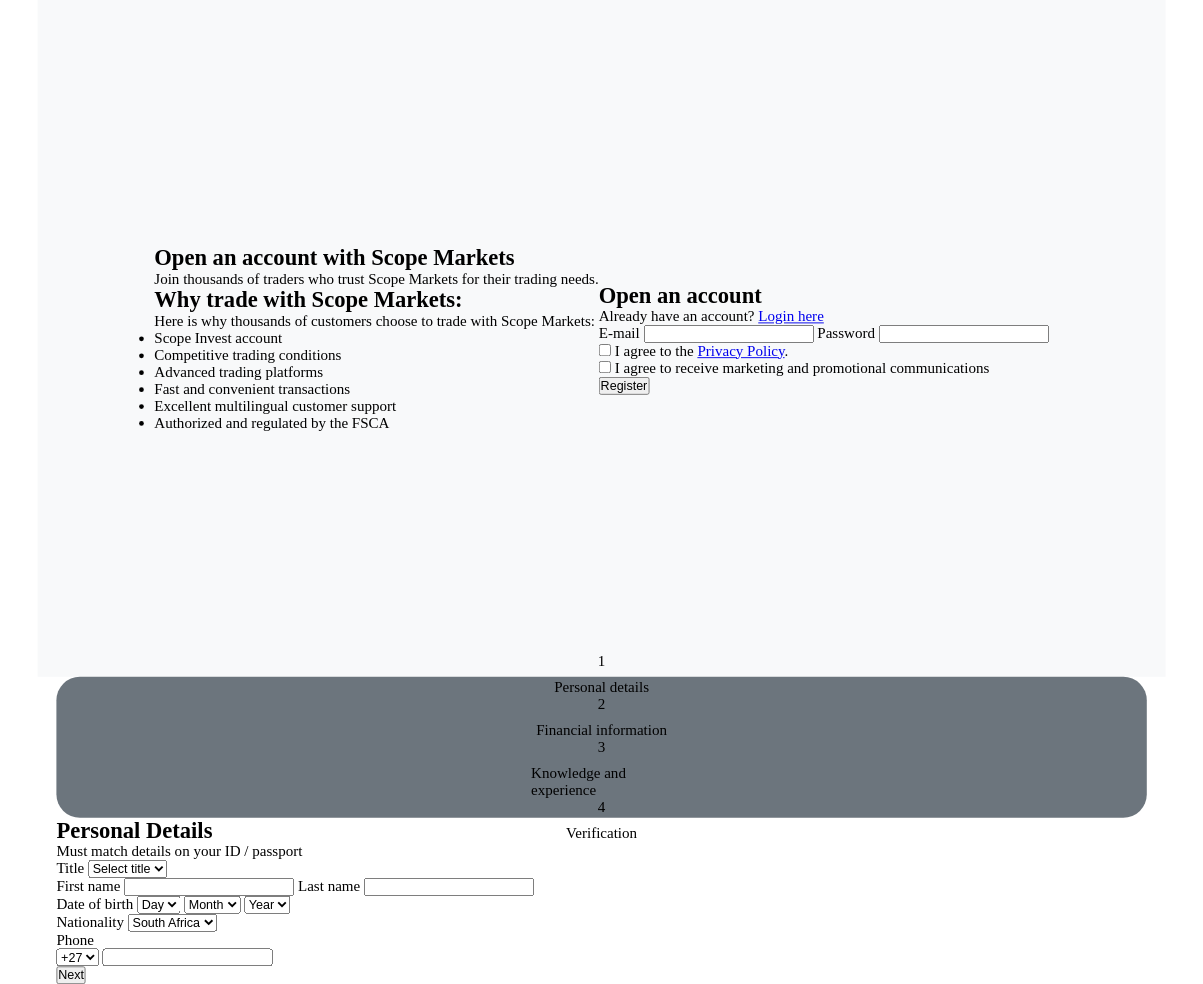
Repository: Jacques-Jaki-Morkel/vaultmarkets_SignupFlow
Page: index.HTML
The author's editor kept a copy of each file at every save. The page is drawn from the files as they stood at one save, then again after the next save.
The browser window is 1280 px wide. The pictures show the whole page, at 94% of full size.

Above is the page before, as saved 2025-07-30 14:10:55.

After the next save:
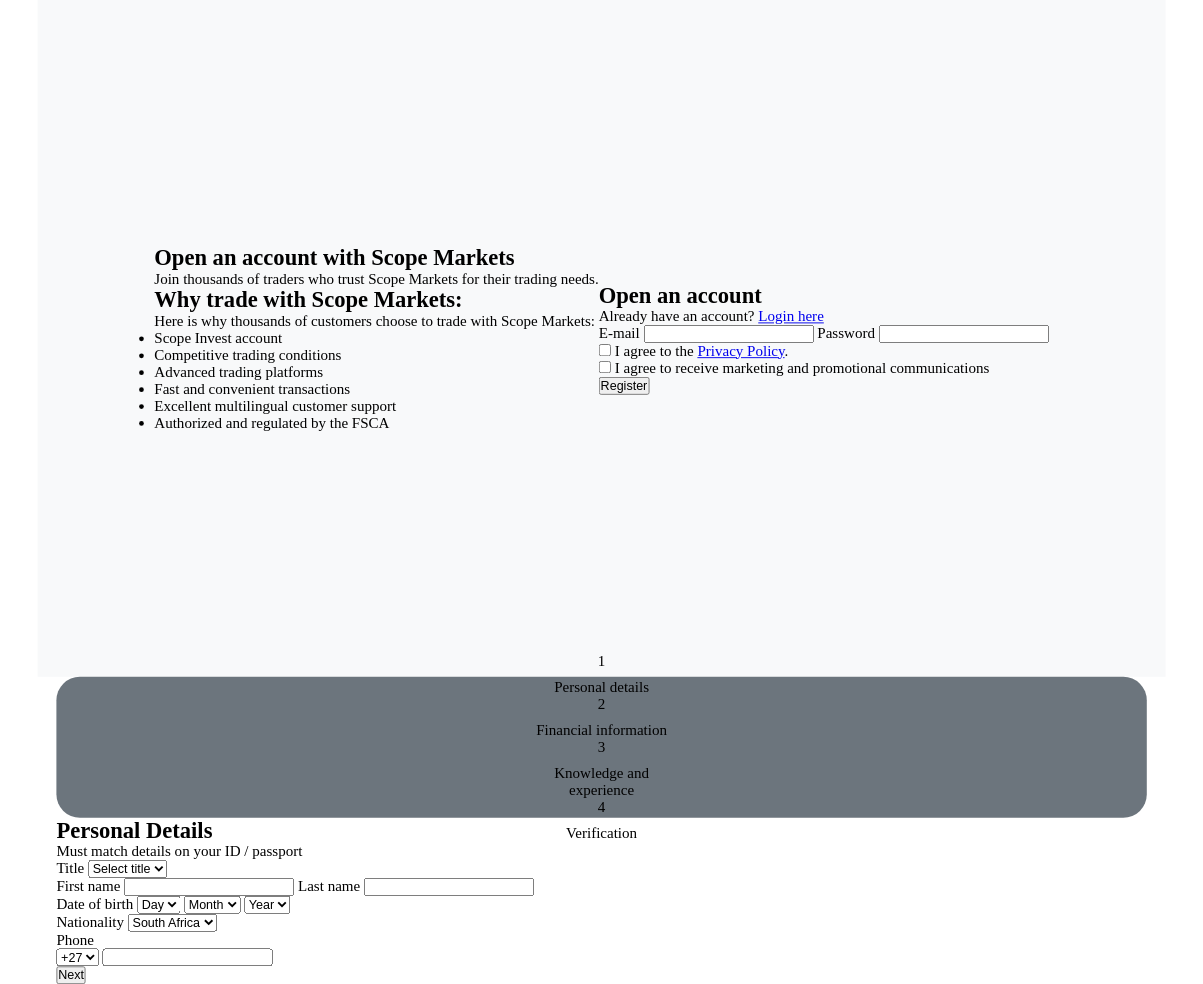
Saved 36 s later.
--- a/styles.css
+++ b/styles.css
@@ -51,3 +51,7 @@
     flex-direction: column;
     align-items: center;
 }
+
+.progress-steps li p {
+    text-align: center;
+}
